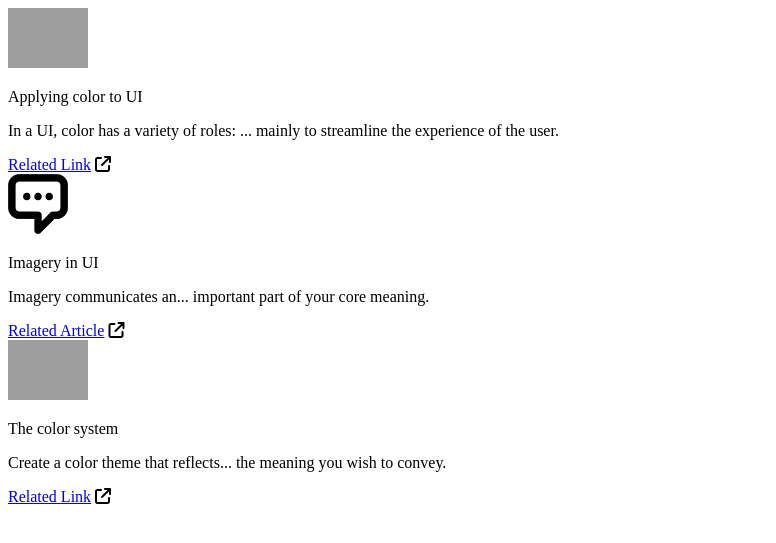
Repository: Sc-Juju/tres-cards
Page: index.html
An editor plug-in stored every save of this project. The page is shown before and after the next save, followed by the edit.
The browser window is 768 px wide. The page is 768 px wide, then 776 px, so the pictures cover 776 px, including what lies to the right of the window. The pictures show the whole page.
Pictures or frames that could not be fetched are drawn as grey boxes. Some web libraries are served in a nearby version.

Above is the page before, as saved 2022-09-29 14:37:28.

### index.html
<!DOCTYPE html>
<html lang="en">
	<head>
		<link
			rel="stylesheet"
			href="https://cdnjs.cloudflare.com/ajax/libs/font-awesome/6.2.0/css/all.min.css"
			integrity="sha512-xh6O/CkQoPOWDdYTDqeRdPCVd1SpvCA9XXcUnZS2FmJNp1coAFzvtCN9BmamE+4aHK8yyUHUSCcJHgXloTyT2A=="
			crossorigin="anonymous"
			referrerpolicy="no-referrer"
		/>
		<link rel="stylesheet" href="./main.css" />
		<meta charset="UTF-8" />
		<meta http-equiv="X-UA-Compatible" content="IE=edge" />
		<meta name="viewport" content="width=device-width, initial-scale=1.0" />
		<script
			src="https://kit.fontawesome.com/020fb16134.js"
			crossorigin="anonymous"
		></script>
		<title>Tres cards</title>
	</head>
	<body>
		<div>
			<img
				src="https://cdn-icons-png.flaticon.com/512/997/997783.png"
				alt="color wheel"
			/>
			<p class="section-title">Applying color to UI</p>
			<p class="content">
				In a UI, color has a variety of roles: ... mainly to streamline
				the experience of the user.
			</p>
			<a href="related.net">Related Link</a>
			<i class="fas fa-external-link"></i>
		</div>
		<div>
			<img
				src="data:[embedded picture, 3066 characters]"
				alt="chat"
			/>
			<p class="section-title">Imagery in UI</p>
			<p class="content">
				Imagery communicates an... important part of your core meaning.
			</p>
			<a href="related.net">Related Article</a>
			<i class="fas fa-external-link"></i>
		</div>
		<div>
			<img
				src="https://cdn-icons-png.flaticon.com/512/997/997783.png"
				alt="color wheel"
			/>
			<p class="section-title">The color system</p>
			<p class="content">
				Create a color theme that reflects... the meaning you wish to
				convey.
			</p>
			<a href="related.net">Related Link</a>
			<i class="fas fa-external-link"></i>
		</div>
	</body>
</html>

### main.css
.tres-cards{
    display:grid;
    grid-template-columns:repeat(3,1fr);
    gap:1em;
}
.card{
    border: 1px solid black;
    border-radius: 6px;
    display:inline-flex;
    justify-content: center;
    flex-direction: row;
}
img{
    height:60px;
}
.arrow{
    height: 20px;
}
/*.img-text{
    display: inline-flex;
}

After the next save:
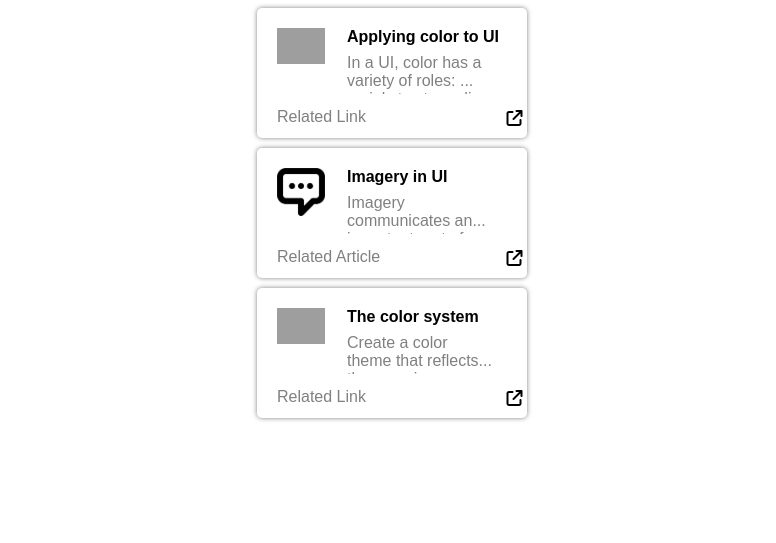
Saved 2 s later.
--- a/main.css
+++ b/main.css
@@ -1,21 +1,71 @@
-.tres-cards{
-    display:grid;
-    grid-template-columns:repeat(3,1fr);
-    gap:1em;
-}
-.card{
-    border: 1px solid black;
-    border-radius: 6px;
-    display:inline-flex;
-    justify-content: center;
-    flex-direction: row;
-}
-img{
-    height:60px;
-}
-.arrow{
-    height: 20px;
-}
-/*.img-text{
-    display: inline-flex;
-}
+body {
+    display: flex;
+    justify-content: space-evenly;
+    gap: 10px;
+    font-family: arial;
+    width: 100%;
+  }
+
+  div {
+    display: grid;
+    grid-template-columns: 80px 185px;
+    grid-template-rows: 20px 50px 40px;
+    grid-gap: 10px;
+    box-shadow: 0 0 5px grey;
+    border-radius: 5px;
+  }
+
+  div:hover {
+    background-color: lightgrey;
+  }
+
+  img {
+    grid-column: 1;
+    grid-row: 1 / 2;
+    width: 60%;
+    margin: 20px 0px 20px 20px;
+  }
+
+  a {
+    justify-content: end;
+    text-decoration: none;
+    color: grey;
+    grid-column: 1 / 2;
+    grid-row: 3;
+    margin-left: 20px;
+    margin-top: 10px;
+    width: 110px;
+  }
+
+  i {
+    grid-row: 3;
+    grid-column: 2;
+    align-content: end;
+    margin: auto;
+    padding-left: 150px;
+  }
+
+  .section-title {
+    font-weight: 600;
+    margin-top: 20px;
+  }
+
+  .content {
+    grid-column: 2;
+    grid-row: 2;
+    color: grey;
+    width: 80%;
+    height: 40px;
+    text-overflow: ellipsis;
+    overflow: hidden;
+  }
+
+  @media (max-width: 850px) {
+    body {
+      flex-direction: column;
+    }
+    div {
+      margin: auto;
+      width: 270px;
+    }
+  }
